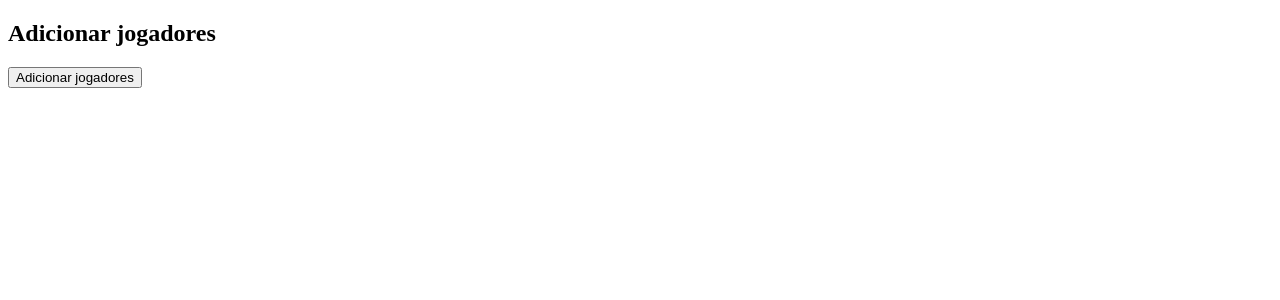
Repository: marcioresidenty/Classificador-de-Nivel-de-Heroi
Page: DesafioNivelDeHeroi/webapp/index.html
The author's editor kept a copy of each file at every save. The page is drawn from the files as they stood at one save, then again after the next save.
The browser window is 1280 px wide. The pictures show the whole page.

Above is the page before, as saved 2024-11-22 19:40:59.

### DesafioNivelDeHeroi/webapp/index.html
<!DOCTYPE html>
<html>
<head>
<meta charset="UTF-8">
<title>Desafio Nivel do Heroi</title>
<script src="NivelHeroi.js"></script>
</head>
<body>
<h2> Adicionar jogadores </h2>
<button>Adicionar jogadores</button>
</body>
</html>

### DesafioNivelDeHeroi/webapp/NivelHeroi.js
/**
 *
 */

let nome = [];
let nivel = 10;


nome.push("marcio");
nome.push("maria");

console.log("o nome é "+ nome[0] + nome[1])

After the next save:
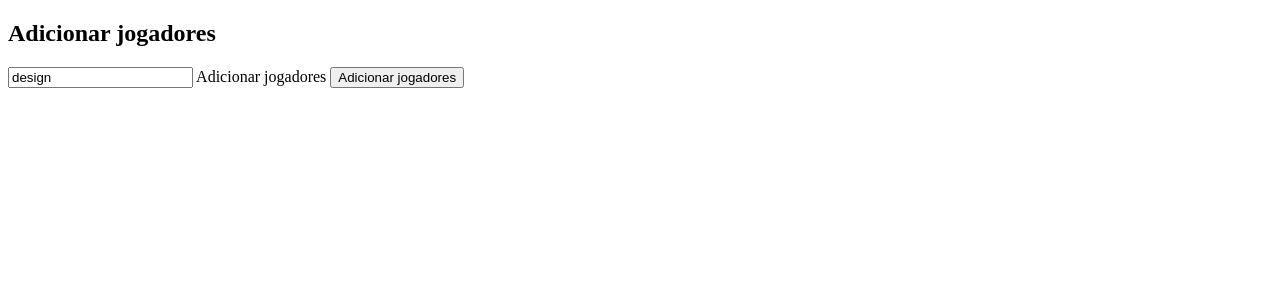
Saved 3 min 48 s later.
--- a/DesafioNivelDeHeroi/webapp/index.html
+++ b/DesafioNivelDeHeroi/webapp/index.html
@@ -7,6 +7,7 @@
 </head>
 <body>
 <h2> Adicionar jogadores </h2>
+<input type="text" name="nome" value="design"> Adicionar jogadores
 <button>Adicionar jogadores</button>
 </body>
 </html>
